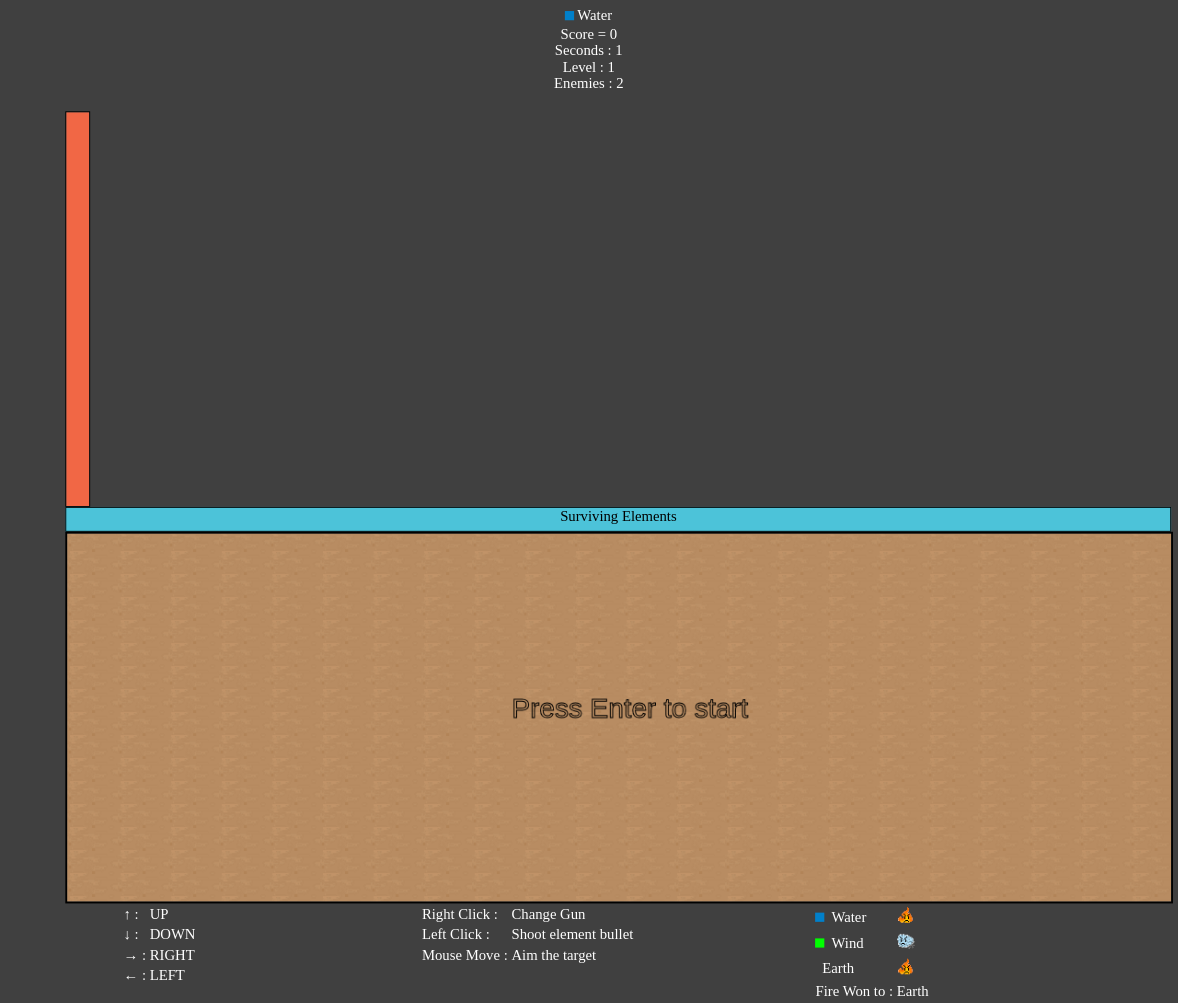
Repository: Pabloitto/Surviving-elements
Page: Surviving-Elements/index.html
The author's editor kept a record of every edit. The page is drawn from the files as they stood at one moment, then again after the next edit.
The browser window is 1280 px wide. The pictures show the whole page, at 92% of full size.

Above is the page before.

### Surviving-Elements/index.html
<!DOCTYPE html>
<html>
<head>
  <meta charset="utf-8">
  <title>Surviving Elements</title>
  <link rel="stylesheet" type="text/css" href="css/styles.css">
</head>
<body>
  <div align="center"></div>
    <div id="divGame">
   		<div class="elements" style="height:100px;">
    		<div style="margin-left:46%;height:20px;width:100px;">
    		  <span id="current"></span><label id="nameElement" class="name"></label>
    		</div>
    		<div id="score"></div>
    		<div id="time"></div>
    		<div id="txtlevel"></div>
    		<div id="txtenemies"></div>
     	</div>
     	<div class="center">
       	<canvas id="progresscanvas" class="progresscanvas"></canvas>
  			<div class="top">Surviving Elements</div>
        <canvas id="canvas" class="maincanvas" style="border:2px solid #000000;"></canvas>
        <div class="controls center">
          <table style="float:left">
            <tr>
              <td>↑ : </td><td>UP</td>
            </tr>
            <tr>
              <td>↓ : </td><td>DOWN</td>
            </tr>
            <tr>
              <td>→ : </td><td>RIGHT</td>
            </tr>
            <tr>
              <td>← : </td><td>LEFT</td>
            </tr>
          </table>
          <table style="float:left;margin-left:25%;">
             <tr>
              <td>Right Click : </td><td>Change Gun</td>
            </tr>
            <tr>
              <td>Left Click : </td><td>Shoot element bullet</td>
            </tr>
            <tr>
              <td>Mouse Move : </td><td>Aim the target</td>
            </tr>
          </table>
            <table style="float:left;margin-left:20%;">
            <tr>
              <td>
                <span id="current" class="Water"></span>
                <label class="name">Water</label>
              </td>
              <td>
                <span class="spriteElements fire"></span>
              </td>
            </tr>
            <tr>
              <td>
                <span id="current" class="Wind"></span>
                <label class="name">Wind</label>
              </td>
              <td>
                <span class="spriteElements wind"></span>
              </td>
            </tr>
            <tr>
              <td>
                <span id="current" class="Earth"></span>
                <label class="name">Earth</label>
              </td>
              <td>
                <span class="spriteElements fire"></span>
              </td>
            </tr>
            <tr>
              <td>Fire Won to : </td><td>Earth</td>
            </tr>
          </table>
        </div>
      </div>
    </div>
</body>
<script type="text/javascript" src="core/main.js"></script>
<script type="text/javascript" src="dom/domtools.js"></script>
<script type="text/javascript" src="collitions/collitionTools.js"></script>
<script type="text/javascript" src="core/utils/imagesfactory.js"></script>
<script type="text/javascript" src="core/utils/soundsfactory.js"></script>
<script type="text/javascript" src="listeners/keyevent.js"></script>
<script type="text/javascript" src="listeners/mouseevent.js"></script>
<script type="text/javascript" src="models/shape.js"></script>
<script type="text/javascript" src="models/progressbar.js"></script>
<script type="text/javascript" src="models/bg.js"></script>
<script type="text/javascript" src="models/particle.js"></script>
<script type="text/javascript" src="models/explosion.js"></script>
<script type="text/javascript" src="models/element.js"></script>
<script type="text/javascript" src="models/cursor.js"></script>
<script type="text/javascript" src="models/bullet.js"></script>
<script type="text/javascript" src="models/energybar.js"></script>
<script type="text/javascript" src="models/hero.js"></script>
<script type="text/javascript" src="models/enemy.js"></script>
<script type="text/javascript" src="core/game.js"></script>
<script type="text/javascript" src="painters/herodrawable.js"></script>
<script type="text/javascript" src="painters/explosiondrawable.js"></script>
<script type="text/javascript" src="painters/bulletdrawable.js"></script>
<script type="text/javascript" src="painters/energybardrawable.js"></script>
<script type="text/javascript" src="painters/enemydrawable.js"></script>
<script type="text/javascript" src="painters/backgrounddrawable.js"></script>
<script type="text/javascript" src="painters/progressbardrawable.js"></script>
</html>

### Surviving-Elements/css/styles.css
canvas {cursor: none;}
body{background-color:#404040;}
.Water{background-color: #0180CA;height:10px;width:10px;}
.Ground{background-color: #655619;height:10px;width:10px;}
.Wind{background-color: #00FF00;height:10px;width:10px;}
.Fire{background-color: #CA0F01;height:10px;width:10px;}
.fire { display: inline-block;width: 20px; height: 20px; background-position: 0px 0px; }
.rock { display: inline-block;width: 20px; height: 20px; background-position: -20px 0px; }
.water { display: inline-block;width: 20px; height: 20px; background-position: -40px 0px; }
.wind { display: inline-block;width: 20px; height: 20px; background-position: -60px 0px; }
.center{margin-top:1%;margin-left:5%;}
.elements{text-align: center;}
.maincanvas{float:left;width:1200px; height:400px;}
.progresscanvas{border:solid 1px;float:left; width:25px; height:428px;}
.top{border:solid 1px;background-color:#4CC3D9;text-align: center;float:left;width:1200px; height:25px;}
.elements > div{color:white;}
.controls{width:80%;color:white;}
#current{display: inline-block;}
.name{padding-left:4%;}
.spriteElements { background-image: url('../resources/img/sprite_elements.png'); background-color: transparent; background-repeat: no-repeat; height:20px;}
#elementRules tr td{width:100px;}

### Surviving-Elements/core/main.js
window.$ = {};
$.es = '';
$.elements= ['Water','Ground','Fire','Wind'];
$.PI2 = Math.PI * 2;
window.onload = function(){
    $.Game();
};

### Surviving-Elements/dom/domtools.js
$.get = function(id){
      return document.getElementById(id);
};
$.attr = function(e,options){
    for (var prop in options) {
        e[prop] = options[prop];
    }
};

### Surviving-Elements/collitions/collitionTools.js
$.intersect = function(a,b){
    return (Math.abs(a.x - b.x) < (a.width + b.width) / 2) &&
        	(Math.abs(a.y - b.y) < (a.height + b.height) / 2);
};
$.intersectWithArray = function(o,elements){
    var r = 0;
	for (var i = 0; i < elements.length; i++) {
		if($.intersect(o,elements[i])){
			r = {e : elements[i] , i : i};
			break;
		}
	}
	return r;
};

### Surviving-Elements/models/progressbar.js
$.ProgressBar= (function(shape){
	function ProgressBar(w,h){
		this.width = w;
		this.height = h;
		this.x = 0;
		this.y = 0;
	}
	ProgressBar.prototype = Object.create(shape.prototype);
	return ProgressBar;
})($.Shape);

### Surviving-Elements/models/particle.js
$.Particle= (function(shape){
	var moveBy = 10;
	function Particle(cX,cY){
		this.x = cX;
		this.y = cY;
		this.radius = 1.0;
		this.vx = (-this.radius * (moveBy / 2)) + Math.random() * moveBy;
		this.vy = Math.random() * moveBy;
	}
	Particle.prototype = Object.create(shape.prototype);
	Particle.prototype.move = function(){
		this.x += this.vx;
		this.y += this.vy;
		this.radius = Math.max(this.radius - 0.05, 0.0);
	}
	return Particle;
})($.Shape);

### Surviving-Elements/models/explosion.js
$.Explosion = (function(shape){
	function Explosion(){
		this.x = 0;
		this.y = 0;
		this.particles = [];
		this.length = 40;
		this.isExploting = 0;
	}
	Explosion.prototype.explote = function(){
		if(this.isExploting){
			for(var k = 0; k < this.length; k++) {
				this.particles.push(new $.Particle(this.x,this.y));
			}
		}
	};
	Explosion.prototype.create = function(x,y,color){
		this.x = x;
		this.y = y;
		this.color = color;
		this.isExploting = 1;
	};
	return Explosion;
})($.Shape);

### Surviving-Elements/models/cursor.js
$.Cursor = (function (shape) {
	function Cursor() {
		this.color = '#614126';
	}
	Cursor.prototype = Object.create(shape.prototype);
	Cursor.prototype.move = function(e){
		this.x = e.x;
		this.y = e.y;
	};
	Cursor.prototype.getImage = function(){
		return $.ImageFactory.getImg('pointer');
	};
	return Cursor;
})($.Shape);

### Surviving-Elements/models/bullet.js
$.Bullet = (function (shape) {
	var vectors = null;
	function Bullet(v) {
		vectors = v;
		this.speed = 50;
		this.x = vectors.origin.x;
		this.y = vectors.origin.y;
		this.size = 3;
		this.element = $.es;
		this.color = this.element.color;
		this.calculateDirection(vectors);
	}
	Bullet.prototype = Object.create(shape.prototype);
	Bullet.prototype.move = function(){
		this.x += this.vx;
		this.y += this.vy;
	};
	return Bullet;

})($.Shape);

### Surviving-Elements/models/energybar.js
$.EnergyBar = (function (shape) {
	function EnergyBar(model) {
		this.x = model.x;
		this.y = model.y - (this.height * 4);
		this.width = (model.health) * 10;
		this.height = 5;
		this.strokeColor = "black";
		this.fillColor = "red";
	}
	EnergyBar.prototype = Object.create(shape.prototype);
	EnergyBar.prototype.move = function(model){
		this.x = model.x;
		this.y = model.y - (this.height * 4);
	};
	return EnergyBar;
})($.Shape);

### Surviving-Elements/core/game.js
$.Game = function(){
	var canvas = $.get('canvas'),
		progresscanvas =  $.get('progresscanvas'),
		current = $.get('current'),
		nameElement = $.get('nameElement'),
		score = $.get('score'),
		time = $.get('time'),
		txtlevel = $.get('txtlevel'),
		txtenemies = $.get('txtenemies'),
		countScore = 0,
		explosion,
		eTypes,
		ctx,
		pbCtx,
	    fps =  60,
		cursor,
		hero,
		background,
		progressbar,
		level = 1,
		enemies = [],
		keyEventListener,
		mouseEventListener,
		gameOver = 0,
		started = 0,
		levelSpeed=0.05,
		gun=0,
		elementHelper,
		seconds=1,
		generateEnemiesEach = 5,
		enemiesKilled = 0,
		timer;

	function init(){
		canvas.width = 1200;
	    canvas.height = 400;
	    initCharacters();
		ctx = canvas.getContext('2d');
		pbCtx = progresscanvas.getContext('2d');
		bindEvents();
		current.className = $.elements[gun];
		nameElement.innerHTML = $.elements[gun];
		$.es = eTypes[$.elements[gun]];
		repaint();
	}
	function initCharacters(){
		cursor = new $.Cursor();
		hero = new $.Hero(canvas.width, canvas.height);
		explosion = new $.Explosion();
		elementHelper = new $.Element();
		background = new $.Bg(55,25);
		progressbar = new $.ProgressBar(progresscanvas.width,progresscanvas.height);
		eTypes = elementHelper.types;
		score.innerHTML = 'Score = 0';
		time.innerHTML = "Seconds : " + seconds;
		txtlevel.innerHTML = 'Level : ' + level;
		txtenemies.innerHTML = 'Enemies : ' + getEnemiesInLevel();
		generateEnemy();
	}
	function repaint(){
		paintBg();
		paintPb();
		if(started){
			if(!gameOver){
				paintHero();
				paintEnemy();
				paintBullets();
				clearBullets();
				ctx.drawImage(cursor.getImage(), cursor.x, cursor.y);
				explosion.explote();
				paintExplosion();
				explosion.isExploting = 0;
			}else{
				gameOverAction();
			}
		}else{
			ctx.font = "30px Arial";
			ctx.strokeText("Press Enter to start",(canvas.width + 250) / 3,canvas.height / 2);
		}
		setTimeout(repaint, fps);
	}
	function paintHero(){
		var keys = keyEventListener.getKeys();
		hero.move(keys,function(keys){
			background.move(keys);
			persuit();
		});
		if($.intersectWithArray(hero,enemies)){
			if(hero.isAlive()){
				hero.health-=0.1;
			}else{
				gameOver = 1;
			}
		}
		$.HeroDrawable(hero).draw(ctx);
		$.EnergyBarDrawable(hero.energybar).draw(ctx , hero.health);
	}
	function paintBg(){
	    $.BgDrawable(background).draw(ctx,canvas.width,canvas.height);
	}
	function paintPb(){
	    $.ProgressBarDrawable(progressbar).draw(pbCtx , getEnemiesInLevel() , enemiesKilled);
	}
	function gameOverAction(){
		enemies = [];
		hero.bullets = [];
		levelSpeed = 0.05;
		level = 1;
		enemiesKilled = 0;
		clearInterval(timer);
		seconds = 1;
		countScore = 0;
		ctx.font = "30px Arial";
		ctx.strokeText("Press R to try again",(canvas.width + 250) / 3,canvas.height / 2);
	}
	function paintEnemy(){
		var crash, energyDrawable;
		for (var i = 0; i < enemies.length; i++) {
			energyDrawable = $.EnergyBarDrawable(enemies[i].energybar);
			$.EnemyDrawable(enemies[i]).draw(ctx);
			if(isNotInCanvas(enemies[i])){
				enemies[i].isInCollision = 0;
				enemyPersuitHero(enemies[i]);
			}
			crash = intersectEnemyWithEnemy(enemies[i]);
			if(enemies[i]){
				enemies[i].move();
			}
			if(enemies[i]){
				energyDrawable.draw(ctx , enemies[i].health >= enemies[i].maxHealth ? enemies[i].maxHealth : enemies[i].health,true);
			}
		}
	}
	function generateEnemy(){
		var n = getEnemiesInLevel(), c = 0;
		while(c < n){
			var enemy = searchEnemyFreePosition;
			if(enemy.speed <= hero.speed){
				enemy.speed+=levelSpeed;
			}
			enemies.push(enemy);
			c++;
		}
	}
	function searchEnemyFreePosition(){
		var tempEnemy = getTemporalEnemy();
		while($.intersect(tempEnemy,hero) || $.intersectWithArray(tempEnemy,enemies)){
			tempEnemy = getTemporalEnemy();
		}
		return tempEnemy;
	}
	function getTemporalEnemy(){
		var rdmPositions = {
			x : Math.floor(Math.random() * (canvas.width)),
			y : Math.floor(Math.random() * (canvas.height - canvas.height / 4))
		},
		tempEnemy = new $.Enemy({
			origin : rdmPositions,
			target : {x : hero.x + (hero.width / 2) , y : hero.y + (hero.height / 2)}
		});
		return tempEnemy;
	}
	function paintBullets(){
		ctx.beginPath();
		if(hero.bullets.length === 0){
			hero.underFire = 0;
		}
		for (var i = 0; i < hero.bullets.length; i++) {
			var r = $.intersectWithArray(hero.bullets[i],enemies),
				enemy = r.e;
			if(!enemy){
			    $.BulletDrawable(hero.bullets[i]).draw(ctx);
		   	}else{
		   		var isBulletWinner = elementHelper.getWinner(hero.bullets[i],enemy);
				if(isBulletWinner){
					if(enemy.isAlive()){
						enemy.hurt();
		    			$.SoundsFactory.play('hurt');
					}else{
						enemies.splice(r.i , 1);
						explosion.create(enemy.x,enemy.y);
						score.innerHTML = "Score = " + (++countScore * 100);
						$.SoundsFactory.play('explote');
						enemiesKilled++;
						nextLevel();
			    	}
			    }else if(hero.bullets[i].element.name === enemy.element.name){
			    	enemy.powerup();
			    	$.SoundsFactory.play('powerup');
			    }
				hero.bullets.splice(i,1);
		    }
	    }
	    ctx.fill();
	}
	function intersectEnemyWithEnemy(currentEnemy){
		var r = 0;
		for (var i = 0; i < enemies.length; i++) {
			if(currentEnemy.id != enemies[i].id &&
				($.intersect(currentEnemy,enemies[i]))){
				if(currentEnemy.element.name === enemies[i].element.name){
					if(currentEnemy.powerup() | enemies[i].powerup()){
						$.SoundsFactory.play('powerup');
					}
				}else{
					currentEnemy.isInCollision = 1;
					return enemies[i];
				}
				break;
			}
		}
		return r;
	}
	function paintExplosion() {
		$.ExplosionDrawable(explosion).draw(ctx);
	}
	function clearBullets(){
		for (var i = 0; i < hero.bullets.length; i++) {
	        if (isNotInCanvas(hero.bullets[i])) {
	        	hero.bullets.splice(i,1);
		    }
		}
	}
	function isNotInCanvas(s){
		return ((s.x > (canvas.width - s.width/2) || (s.x - s.width / 2) < 0) || (s.y > (canvas.height - s.height / 2) || (s.y - s.height / 2) < 0));
	}
	function bindEvents(){
		keyEventListener = new $.KeyEventListener({
			element : document,
		 	restart : restartGame,
		 	start : startGame
		});
		mouseEventListener = new $.MouseEventListener({
			element : canvas,
			onMouseMove : onMouseMove,
			onClick : onMouseClick
		});
	}
	function restartGame(){
		if(gameOver){
			gameOver = 0;
			initCharacters();
		}
	}
	function startGame(){
		if(!started && !gameOver){
			started = 1;
			setTime();
		}
	}
	function onMouseMove(x,y){
		if(started){
			cursor.move({ x : x , y : y});
			hero.angle = hero.calculateAngle(x,y);
			persuit();
		}
	}
	function onMouseClick(x,y,button){
		var gunName;
		if(started){
			if(button){
				if(++gun == $.elements.length){
					gun=0;
				}
				gunName = $.elements[gun];
				$.es = eTypes[gunName];
				current.className = gunName;
				nameElement.innerHTML = gunName;
				return false;
			}
			if(!gameOver){
				hero.shot({ x : x , y : y});
			}
		}
	}
	function persuit(){
		for (var i = 0; i < enemies.length; i++) {
			enemyPersuitHero(enemies[i]);
		}
	}
	function enemyPersuitHero(e){
		if(!e.isInCollision){
			e.calculateDirection({
				target : { x : hero.x , y : hero.y}
			});
		}
	}
	function setTime(){
		if(started){
			timer = setInterval(function(){
				++seconds;
				time.innerHTML = "Seconds : " + seconds;
				if((seconds % generateEnemiesEach) === 0){
					levelSpeed+=0.05;
				}
			},1000);
		}
	}
	function getEnemiesInLevel(){
		return level * 3 - 1;
	}
	function nextLevel(){
		var nEnemies = getEnemiesInLevel();
		if(enemiesKilled === nEnemies){
			level++;
			enemies = [];
			enemiesKilled = 0;
			generateEnemy();
			txtlevel.innerHTML = 'Level : ' + level;
			txtenemies.innerHTML = 'Enemies : ' + getEnemiesInLevel();
		}
	}
	init();
};

### Surviving-Elements/painters/explosiondrawable.js
$.ExplosionDrawable = function(e){
    var explosion;
    function init(){
        explosion = e;
    }
    function draw(ctx){
        for(var i = 0; i < explosion.particles.length; i++) {
			var current = explosion.particles[i];
			ctx.beginPath();
			ctx.fillStyle = explosion.color;
			if (current.radius > 0) {
				ctx.arc(current.x, current.y, current.radius, 0, $.PI2, false);
			}
			ctx.fill();
			current.move();
		}
    }
    init();
    return {
        draw: draw
    }
};

### Surviving-Elements/painters/bulletdrawable.js
$.BulletDrawable = function(b){
    var bullet;
    function init(){
        bullet = b;
    }
    function draw(ctx){
        bullet.move();
        ctx.fillStyle = bullet.color;
	    ctx.arc(bullet.x,bullet.y,bullet.size,0,$.PI2,true);
		ctx.closePath();
    }
    init();
    return {
        draw: draw
    }
};

### Surviving-Elements/painters/enemydrawable.js
$.EnemyDrawable = function(e){
    var enemy;
    function init(){
        enemy = e;
    }
    function draw(ctx){
        ctx.drawImage(enemy.sprite.image,
				enemy.sprite.pos.x,
				enemy.sprite.pos.y,
				enemy.width,
           		enemy.height,
				enemy.x,
				enemy.y,
				enemy.width,
           		enemy.height);
    }
    init();
    return {
        draw: draw
    }
};

### Surviving-Elements/painters/progressbardrawable.js
$.ProgressBarDrawable = function(p){
    var pb;
    function init(){
        pb = p;
    }
    function draw(ctx, totalEnemies , countEnemies){
        ctx.fillStyle="#F16745";
        ctx.fillRect(pb.x,pb.y,pb.width,pb.height);
        var partial = (countEnemies * pb.height) / totalEnemies;
        ctx.fillStyle="#7BC8A4";
        ctx.fillRect(pb.x ,pb.width / 2,pb.width,-partial);
    }
    init();
    return {
        draw: draw
    }
};

Loaded but not shown: Surviving-Elements/models/hero.js (79 lines, source omitted); Surviving-Elements/models/enemy.js (43 lines, source omitted); Surviving-Elements/models/element.js (39 lines, source omitted); Surviving-Elements/models/shape.js (32 lines, source omitted); Surviving-Elements/painters/backgrounddrawable.js (28 lines, source omitted); Surviving-Elements/listeners/keyevent.js (43 lines, source omitted); Surviving-Elements/listeners/mouseevent.js (31 lines, source omitted); Surviving-Elements/core/utils/imagesfactory.js (34 lines, source omitted); Surviving-Elements/core/utils/soundsfactory.js (30 lines, source omitted); Surviving-Elements/painters/energybardrawable.js (22 lines, source omitted); Surviving-Elements/models/bg.js (28 lines, source omitted); Surviving-Elements/painters/herodrawable.js (26 lines, source omitted)

After the next edit:
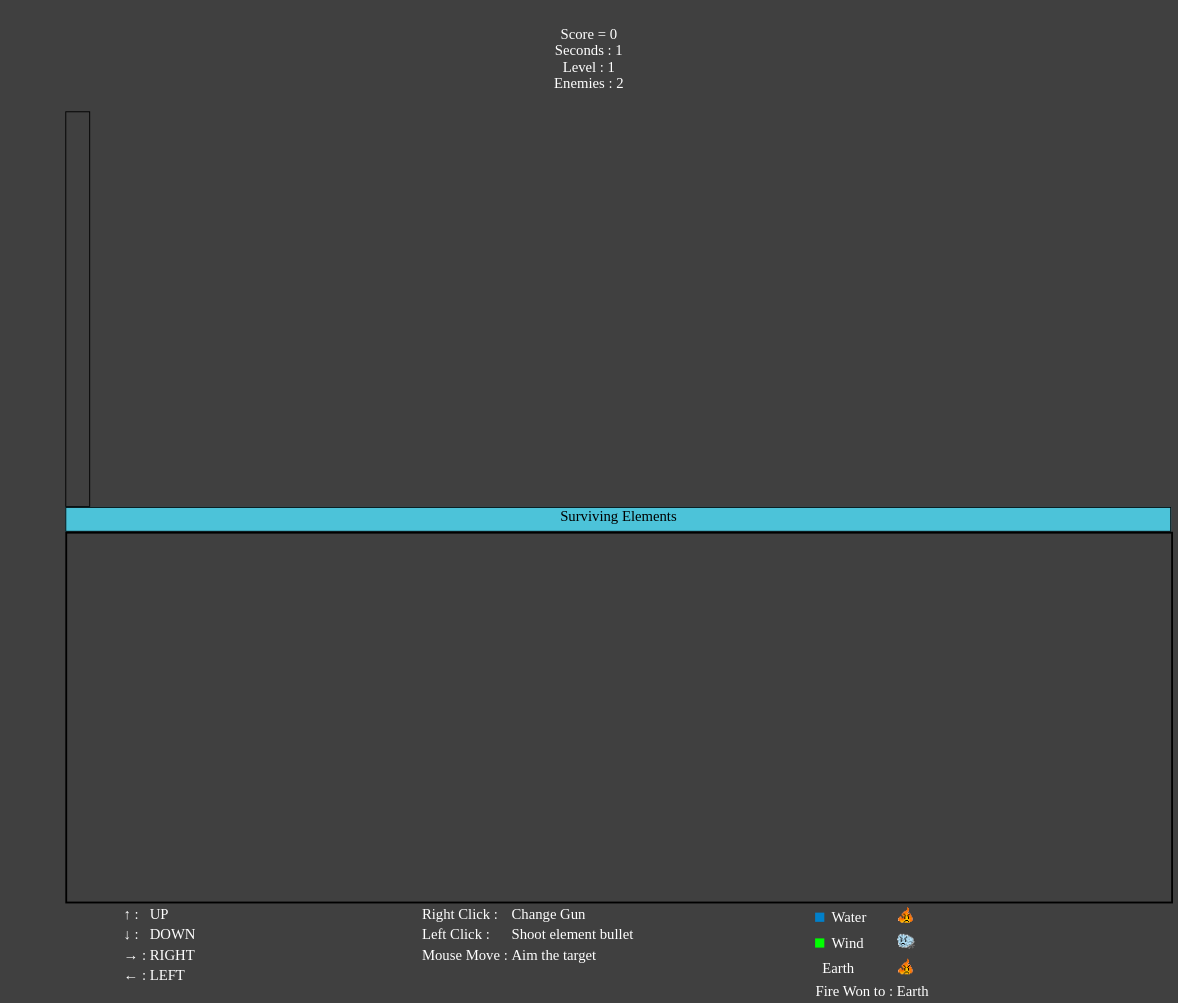
Console error: ReferenceError: searchEnemyFreePosition is not defined
The edit:
--- a/Surviving-Elements/core/game.js
+++ b/Surviving-Elements/core/game.js
@@ -142,7 +142,7 @@
 			c++;
 		}
 	}
-	function searchEnemyFreePosition(){
+	function createEnemyInFreePosition(){
 		var tempEnemy = getTemporalEnemy();
 		while($.intersect(tempEnemy,hero) || $.intersectWithArray(tempEnemy,enemies)){
 			tempEnemy = getTemporalEnemy();

After the edit that followed:
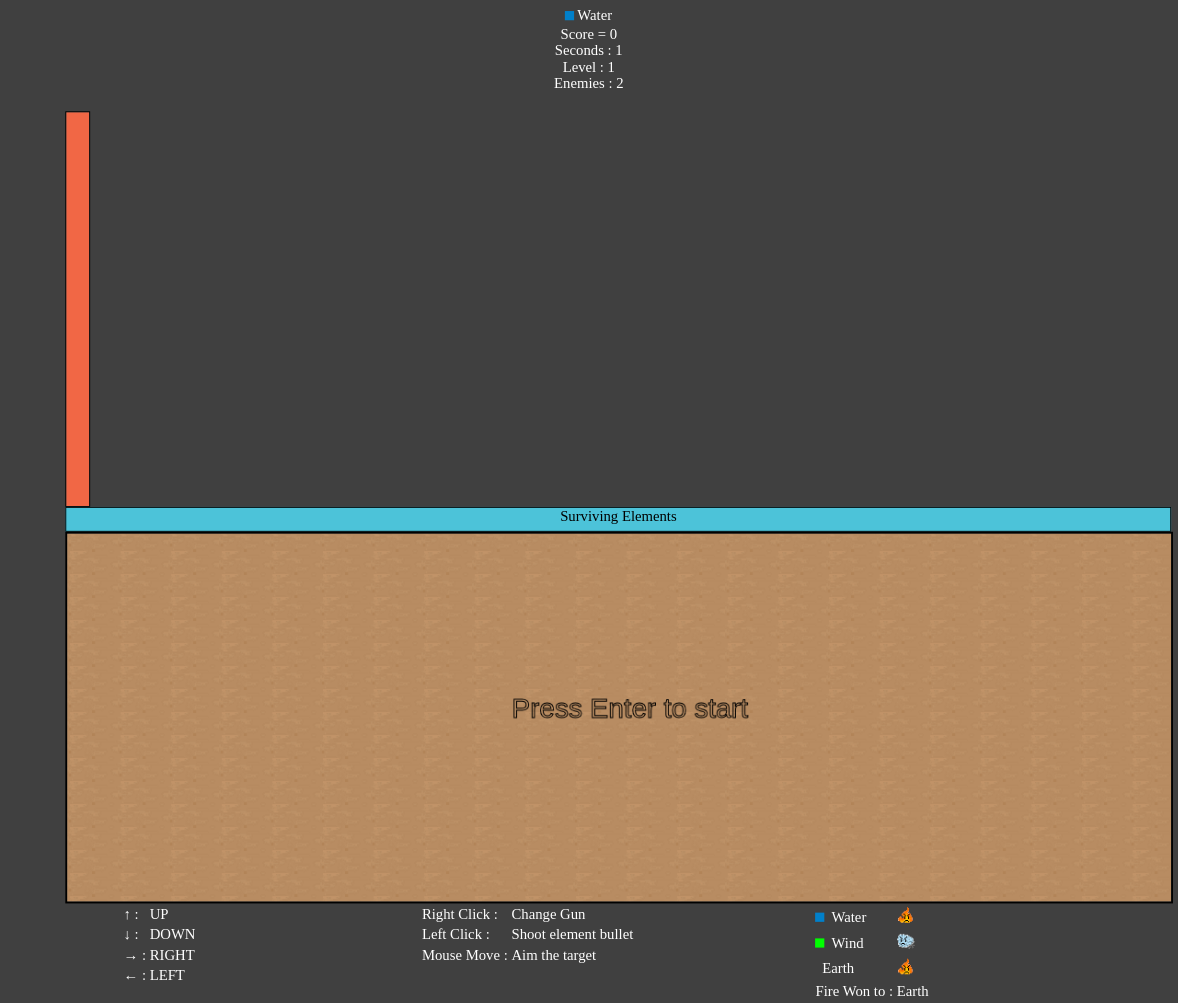
The error is gone.
The edit:
--- a/Surviving-Elements/core/game.js
+++ b/Surviving-Elements/core/game.js
@@ -134,7 +134,7 @@
 	function generateEnemy(){
 		var n = getEnemiesInLevel(), c = 0;
 		while(c < n){
-			var enemy = searchEnemyFreePosition;
+			var enemy = createEnemyInFreePosition();
 			if(enemy.speed <= hero.speed){
 				enemy.speed+=levelSpeed;
 			}
